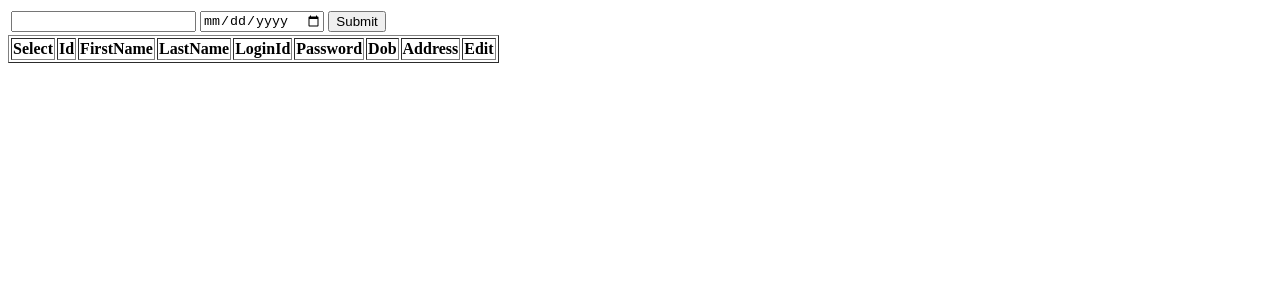
Repository: rish1208/Advance_java
Page: http://localhost/Use-case/UserListCtl
An editor plug-in stored every save of this project. The page is shown before and after the next save, followed by the edit.
The browser window is 1280 px wide. The pictures show the whole page.
The page is served by Tomcat 9. Other server files are loaded and not shown. Queries for data that is not in the repository find no rows.

Above is the page before, as saved 2024-04-07 20:39:42.

### Advance java Workspace/Use-case/WebContent/UserListView.jsp
<%@page import="in.co.rays.bean.UserBean"%>
<%@page import="java.util.Iterator"%>
<%@page import="java.util.List"%>
<%@ page language="java" contentType="text/html; charset=ISO-8859-1"
	pageEncoding="ISO-8859-1"%>
<!DOCTYPE html>
<html>
<head>
<meta charset="ISO-8859-1">
<title>Insert title here</title>
</head>
<body>
	<%

	List list = (List) request.getAttribute("list");
	Iterator it = list.iterator();
	%>
	<form action="UserListCtl" method="post">
	<table>
	<tr>
	<td><input type="text" name="firstName" ></td>
	<td><input type="Date" name="dob" ></td>
	<td><input type="submit" name="operation" ></td>
	</tr>
	</table>
		<table border="1%">
			<tr>
			    <th>Select</th>
				<th>Id</th>
				<th>FirstName</th>
				<th>LastName</th>
				<th>LoginId</th>
				<th>Password</th>
				<th>Dob</th>
				<th>Address</th>
				<th>Edit</th>
			</tr>
			<%
			while(it.hasNext()){
				UserBean bean = (UserBean)it.next();
			%>
			<tr><td><input type="checkbox" name="ids"
					value="<%=bean.getId()%>"></td>
				<td><%=bean.getId()%></td>
				<td><%=bean.getFirstName()%></td>
				<td><%=bean.getLastName()%></td>
				<td><%=bean.getLoginId()%></td>
				<td><%=bean.getPassword()%></td>
				<td><%=bean.getDob()%></td>
				<td><%=bean.getAddress()%></td>
				<td><a href="UserCtl?id">Edit</a></td>
				<%} %>
			</tr>
		</table>


	</form>
</body>
</html>

### Advance java Workspace/Use-case/src/in/co/rays/ctl/UserListCtl.java
package in.co.rays.ctl;

import java.io.IOException;
import java.util.List;

import javax.servlet.RequestDispatcher;
import javax.servlet.ServletException;
import javax.servlet.annotation.WebServlet;
import javax.servlet.http.HttpServlet;
import javax.servlet.http.HttpServletRequest;
import javax.servlet.http.HttpServletResponse;

import in.co.rays.bean.UserBean;
import in.co.rays.model.UserModel;


@WebServlet("/UserListCtl")
public class UserListCtl extends HttpServlet {
	@Override
		protected void doGet(HttpServletRequest req, HttpServletResponse resp) throws ServletException, IOException {
		int pageNo=1;
				int pageSize = 5;
				UserModel model = new UserModel();

		try {
			List list = model.search(null, 1, 5);
			req.setAttribute("list", list);
			RequestDispatcher rd = req.getRequestDispatcher("UserListView.jsp");
			rd.forward(req, resp);
		} catch (Exception e) {

			e.printStackTrace();
		}
		}
@Override
protected void doPost(HttpServletRequest req, HttpServletResponse resp) throws ServletException, IOException {
	UserBean bean = null;
	UserModel model = new UserModel();
	 String fname = req.getParameter("firstName");
	 String dob = req.getParameter("dob");
	 String op = req.getParameter("operation");

	 if(op.equals("search")) {
		 bean = new UserBean();
		 bean.setFirstName(fname);
	 }

}
}

### Advance java Workspace/Use-case/src/in/co/rays/model/UserModel.java
package in.co.rays.model;

import java.sql.Connection;
import java.sql.Date;
import java.sql.DriverManager;
import java.sql.PreparedStatement;
import java.sql.ResultSet;
import java.util.ArrayList;
import java.util.Iterator;
import java.util.List;

import in.co.rays.bean.UserBean;

public class UserModel {


	public static Integer nextPk() throws Exception {

		int pk = 0;

		Class.forName("com.mysql.cj.jdbc.Driver");

		Connection conn = DriverManager.getConnection("jdbc:mysql://localhost:3306/pratise", "root", "root");

		PreparedStatement pstmt = conn.prepareStatement("select max(id) from user");

		ResultSet rs = pstmt.executeQuery();

		while (rs.next()) {

			pk = rs.getInt(1);

		}
		return pk + 1;
}
	public static void add(UserBean bean) throws Exception{
		int pk = nextPk();
		Class.forName("com.mysql.cj.jdbc.Driver");
		Connection conn= DriverManager.getConnection("jdbc:mysql://localhost:3306/pratise","root","root");
		PreparedStatement pstmt = conn.prepareStatement("insert into user values(?,?,?,?,?,?,?)");

		pstmt.setInt(1, pk);
		pstmt.setString(2, bean.getFirstName());
		pstmt.setString(3, bean.getLastName());
		pstmt.setString(4, bean.getLoginId());
		pstmt.setString(5, bean.getPassword());
		pstmt.setDate(6, new java.sql.Date(bean.getDob().getTime()));
		pstmt.setString(7, bean.getAddress());

		int i = pstmt.executeUpdate();
		System.out.println("data added"+1);


	}
	public static void update(UserBean bean) throws Exception{
		Class.forName("com.mysql.cj.jdbc.Driver");
		Connection conn= DriverManager.getConnection("jdbc:mysql://localhost:3306/pratise","root","root");
		PreparedStatement pstmt = conn.prepareStatement("update user set first_name=?, last_name=?, login_id=?, password=?, dob=?,address=? where id=?");


		pstmt.setString(2, bean.getFirstName());
		pstmt.setString(1, bean.getLastName());
		pstmt.setString(3, bean.getLoginId());
		pstmt.setString(4, bean.getPassword());
		pstmt.setDate(5, new java.sql.Date(bean.getDob().getTime()));
		pstmt.setString(6, bean.getAddress());
		pstmt.setInt(7, bean.getId());
		int i = pstmt.executeUpdate();
		System.out.println("data updated"+1);
}
	public static void delete(int id) throws Exception{
		int pk= nextPk();
		Class.forName("com.mysql.cj.jdbc.Driver");
		Connection conn= DriverManager.getConnection("jdbc:mysql://localhost:3306/pratise","root","root");
		PreparedStatement pstmt = conn.prepareStatement("delete from user where id=?");

		pstmt.setInt(1, id);
		int i = pstmt.executeUpdate();
		System.out.println("data deleted"+1);
	}
	public  UserBean findByPk(int id) throws Exception{

		Class.forName("com.mysql.cj.jdbc.Driver");
		Connection conn= DriverManager.getConnection("jdbc:mysql://localhost:3306/pratise","root","root");
		PreparedStatement pstmt = conn.prepareStatement("select * from user where id =?");
		pstmt.setInt(1, id);
		ResultSet rs = pstmt.executeQuery();
		UserBean bean = new UserBean();
		while(rs.next()) {
			bean = new UserBean();
			bean.setId(rs.getInt(1));
			bean.setFirstName(rs.getString(2));
			bean.setLastName(rs.getString(3));
			bean.setLoginId(rs.getString(4));
			bean.setPassword(rs.getString(5));
			bean.setDob(rs.getDate(6));
			bean.setAddress(rs.getString(7));
		}
		return bean;
	}
	public  UserBean Authentication(String loginId, String password) throws Exception{

		Class.forName("com.mysql.cj.jdbc.Driver");
		Connection conn= DriverManager.getConnection("jdbc:mysql://localhost:3306/pratise","root","root");
		PreparedStatement pstmt = conn.prepareStatement("select * from user where login_id =? and password=?");
		pstmt.setString(1, loginId);
		pstmt.setString(2, password);
		ResultSet rs = pstmt.executeQuery();
		UserBean bean = new UserBean();
		while(rs.next()) {
			bean = new UserBean();
			bean.setId(rs.getInt(1));
			bean.setFirstName(rs.getString(2));
			bean.setLastName(rs.getString(3));
			bean.setLoginId(rs.getString(4));
			bean.setPassword(rs.getString(5));
			bean.setDob(rs.getDate(6));
			bean.setAddress(rs.getString(7));
		}
		return bean;
	}

//public  List search(UserBean bean) throws Exception{
//
//		Class.forName("com.mysql.cj.jdbc.Driver");
//		Connection conn= DriverManager.getConnection("jdbc:mysql://localhost:3306/pratise","root","root");
//		StringBuffer sql = new StringBuffer("select * from user where 1=1");
//		if(bean !=null) {
//			if(bean.getFirstName() !=null && bean.getFirstName().length()>0) {
//				sql.append(" and first_name like ' " + bean.getFirstName()+ " % ' ");
//
//			}
//
//		if(bean.getDob() !=null && bean.getDob().getTime()>0) {
//			sql.append("and dob like'"+ new java.sql.Date(bean.getDob().getTime())+"%'");
//		}
//		}
//		PreparedStatement pstmt = conn.prepareStatement(sql.toString());
//		List list = new ArrayList();
//		ResultSet rs = pstmt.executeQuery();
//		while(rs.next()) {
//			bean.setId(rs.getInt(1));
//			bean.setFirstName(rs.getString(2));
//			bean.setLastName(rs.getString(3));
//			bean.setLoginId(rs.getString(4));
//			bean.setPassword(rs.getString(5));
//			bean.setDob(rs.getDate(6));
//			bean.setAddress(rs.getString(7));
//		}
//		return list;
//
//}

	public List search(UserBean bean, int pageNo, int pageSize) throws Exception {

	int pk = nextPk();

		Class.forName("com.mysql.cj.jdbc.Driver");

		Connection conn = DriverManager.getConnection("jdbc:mysql://localhost:3306/pratise", "root", "root");

		StringBuffer sql = new StringBuffer("select * from user where 1=1");

		if (bean != null) {

			if (bean.getFirstName() != null && bean.getFirstName().length() > 0) {
				sql.append(" and first_name like '" + bean.getFirstName() + "%'");
			}

			if (bean.getDob() != null && bean.getDob().getTime() > 0) {
				sql.append(" and dob like '" + new java.sql.Date(bean.getDob().getTime()) + "%'");
			}

		}

		if (pageSize > 0) {

			pageNo = (pageNo - 1) * pageSize;

			sql.append(" limit " + pageNo + ", " + pageSize);
		}

		System.out.println("sql => " + sql);

		PreparedStatement ps = conn.prepareStatement(sql.toString());

		ResultSet rs = ps.executeQuery();

		List list = new ArrayList();

		while (rs.next()) {
			bean = new UserBean();
			bean.setId(rs.getInt(1));
			bean.setFirstName(rs.getString(2));
			bean.setLastName(rs.getString(3));
			bean.setLoginId(rs.getString(4));
			bean.setPassword(rs.getString(5));
			bean.setDob(rs.getDate(6));
			bean.setAddress(rs.getString(7));
			list.add(bean);
		}
		return list;
	}
}

After the next save:
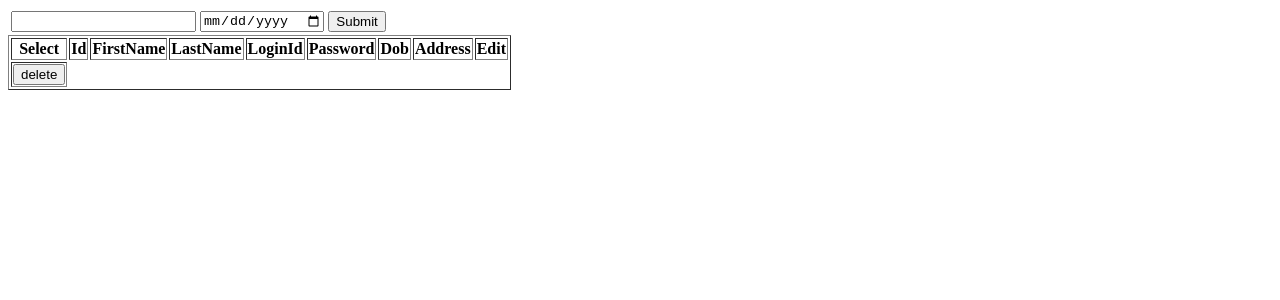
Saved 5 min 2 s later.
--- a/Advance java Workspace/Use-case/WebContent/UserListView.jsp
+++ b/Advance java Workspace/Use-case/WebContent/UserListView.jsp
@@ -51,6 +51,10 @@
 				<td><a href="UserCtl?id">Edit</a></td>
 				<%} %>
 			</tr>
+			<tr>
+			<td><input type="submit" name="operation"
+					value="delete"></td>
+					</tr>
 		</table>
 
 
